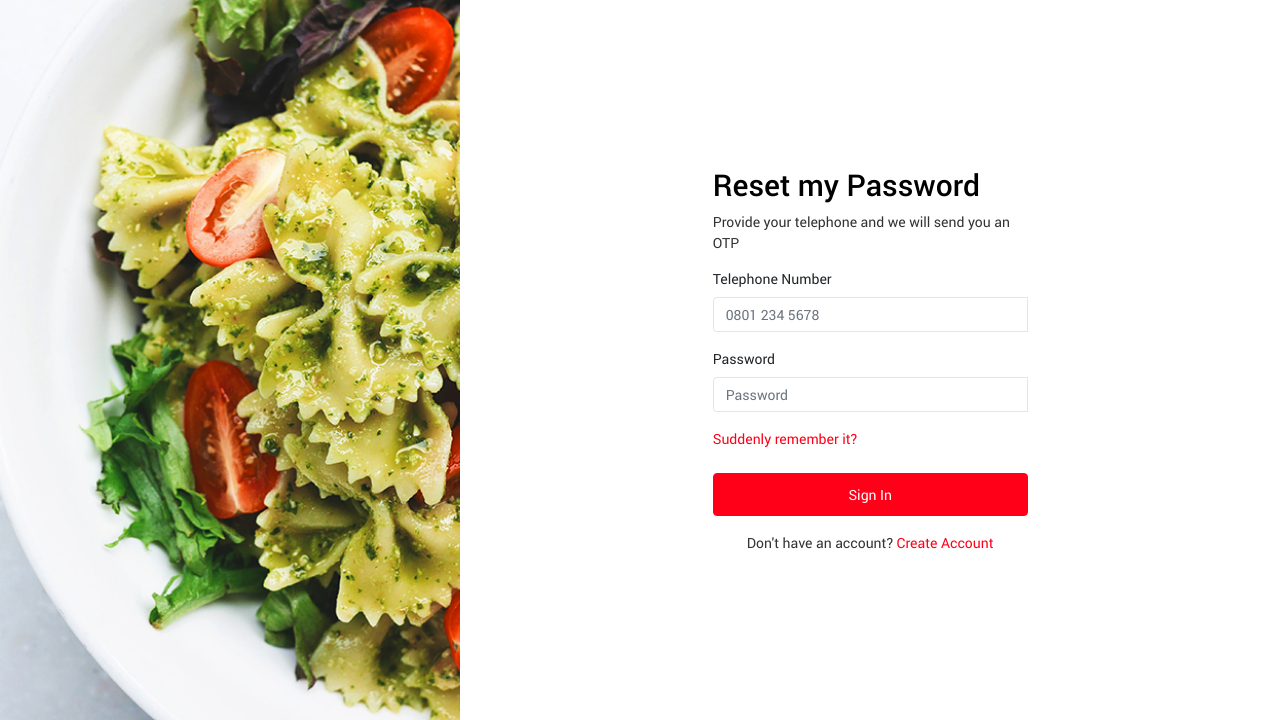
Repository: ahmedpeter/tavern
Page: /reset-password
The author's editor kept a copy of each file at every save. The page is drawn from the files as they stood at one save, then again after the next save.
The browser window is 1280 px wide. The pictures show the whole page.
The project was rebuilt for these pictures with package versions that can differ from the ones it lists, and the page was loaded fresh each time. Also part of the build but not shown: src/components/auth/register.jsx, src/components/auth/login.jsx, src/assets/css/jquery-ui.min.css.

Above is the page before, as saved 2024-05-23 01:17:35.

After the next save:
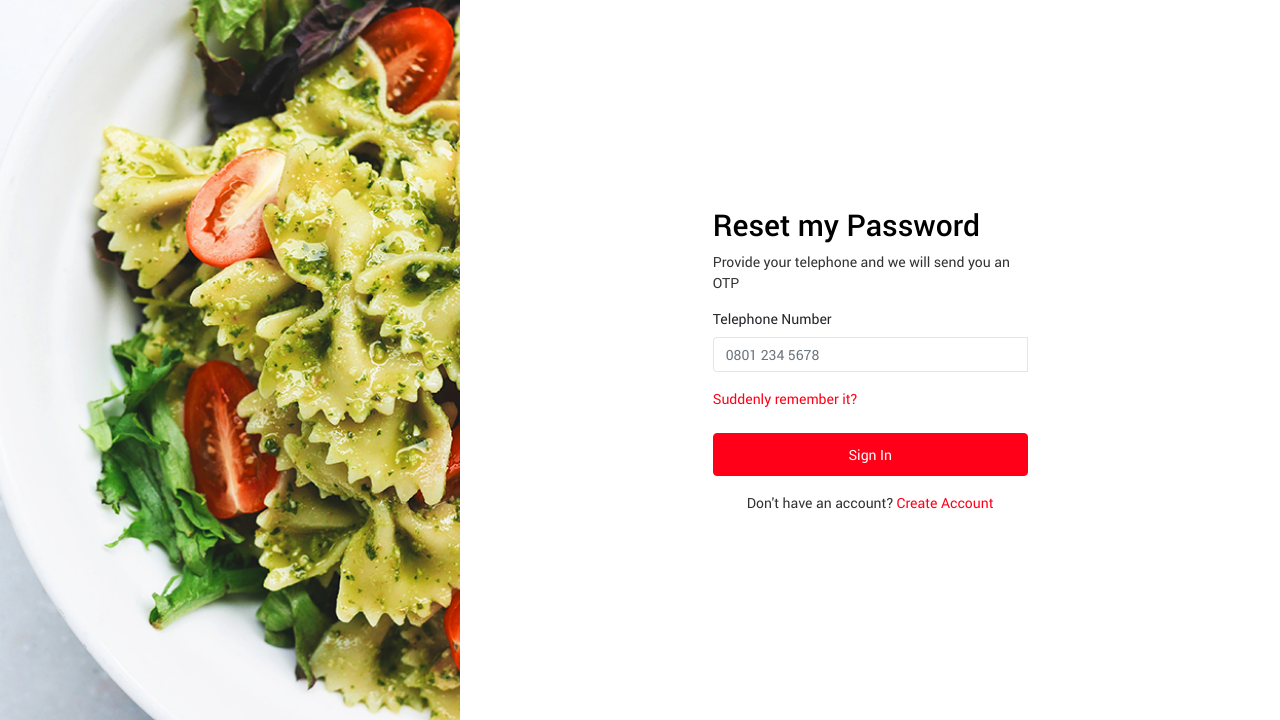
Saved 31 s later.
--- a/src/components/auth/resetpassword.jsx
+++ b/src/components/auth/resetpassword.jsx
@@ -25,19 +25,6 @@ const ResetPassword = () => {
                   <div class="invalid-feedback">
                     Please provide your registered telephone.
                   </div>
-                </div>
-              </div>
-              <div class="mb-2">
-                <label for="validationCustom09">Password</label>
-                <div class="input-group">
-                  <input
-                    type="password"
-                    class="form-control"
-                    id="validationCustom09"
-                    placeholder="Password"
-                    required=""
-                  />
-                  <div class="invalid-feedback">Please provide a password.</div>
                 </div>
               </div>
               <div class="form-group">
